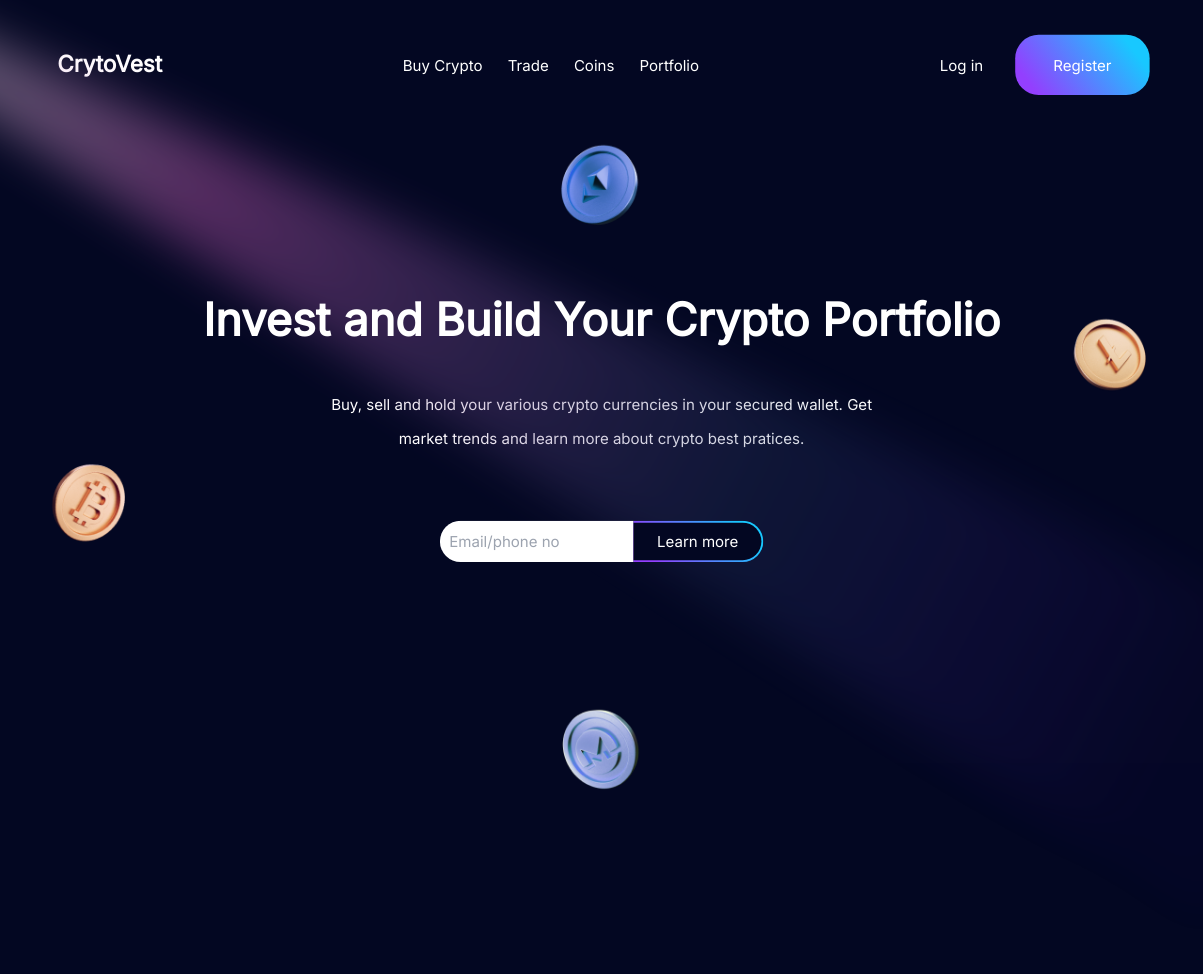
Repository: Eugene44-hub/cryptovest
Page: /
The author's editor kept a copy of each file at every save. The page is drawn from the files as they stood at one save, then again after the next save.
The browser window is 1280 px wide. The pictures show the whole page, at 94% of full size.
The project was rebuilt for these pictures with package versions that can differ from the ones it lists, and the page was loaded fresh each time. Also part of the build but not shown: vite.config.ts.

Above is the page before, as saved 2022-07-16 00:12:41.

### src/App.tsx
import Home from "./pages/home/Home"

function App() {

  return (
    <div className="App">
      <Home/>

    </div>
  )
}

export default App

### src/index.css
@import url('https://fonts.googleapis.com/css2?family=Inter&display=swap');
@tailwind base;
@tailwind components;
@tailwind utilities;
body {
    margin: 0;
    font-family: 'Inter', sans-serif;
    -webkit-font-smoothing: antialiased;
    -moz-osx-font-smoothing: grayscale;
    padding: 0;
    background-color: rgba(3, 7, 34, 1);
}

code {
    font-family: source-code-pro, Menlo, Monaco, Consolas, 'Courier New', monospace;
}

.container {
    max-width: 1440px;
    margin: 0 auto;
}

### src/pages/home/Home.tsx
import React from 'react'
import Hero from '../../components/hero/Hero'
import Nav from '../../components/nav/Nav'

const Home = () => {
  return (
    <div>
      <Nav/>
      <Hero/>
    </div>
  )
}

export default Home

### src/components/hero/Hero.tsx
import React from 'react'
import etherum from "../../assets/images/hero/EtheriumCoin.png"
import bitcoin from "../../assets/images/hero/Bitcoin.png"
import monero from "../../assets/images/hero/Monero.png"
import liteCoin from "../../assets/images/hero/LiteCoin.png"
import spotlight from "../../assets/images/hero/spotlight.svg"
import styles from "./Hero.module.scss"
const Hero = () => {
  return (
    <section className={`${styles.section}`}>
      <img src={spotlight} className="absolute xl:top-[-5%] top-[5%] left-0 w-full " alt="" />
      <article className={`${styles.container} container px-[24px]`}>

        <img src={etherum} className="m-auto w-[20%] md:w-auto mt-[10px]" alt="etherum" />

        <div className='mt-[17px] flex-wrap flex'>

          <div className=' w-full relative'>
          <header className={`${styles.header} text-white text-center`}>
            Invest and Build Your Crypto Portfolio
          </header>
          <figure className='flex w-full  justify-end md:absolute top-0'>
          <img src={liteCoin} className={"w-[20%] md:w-[auto] md:w-[10%]  "} alt="" />
          </figure>
          </div>

          <div className='w-full relative  m-auto md:order-2 md:mt-0 mt-[3px] '>
          <div className='flex md:w-[344px] sm:w-[60%] m-auto rounded-[25px] mt-[3px] overflow-hidden'>
            <input type="text" className='p-[10px] w-[60%]' placeholder='Email/phone no' />
            <div className={`${styles.btnContainer} flex-1 p-[2px]  pl-0`}>
              <button className={` w-full h-full  ${styles.inputBtn}`}>
                Learn more
              </button>
            </div>
          </div>
          <figure className='w-[20%] left-0 top-[-200%] md:absolute'>
            <img src={bitcoin} className="mt-[8px]" alt="bitcoin" />
          </figure>
          </div>



          <div className='text-center w-[90%] lg:mt-[36px] md:mt-[70px] md:mb-[67px] md:max-w-[626px] mt-[11px] mt-[] leading-[36px] m-auto'>
            <p className="text-white">
            Buy, sell and hold your various crypto currencies in your secured wallet. Get market trends and learn more about crypto best pratices.
            </p>
          </div>
        </div>
        <img src={monero} className="md:mt-[121px] mt-[17px] mb-[32px] md:w-auto w-[20%] m-auto" alt="monero" />
<div className='sm:hidden'>
  <button className={`${styles.btn} w-full`}>
    Register
  </button>
</div>
      </article>
    </section>
  )
}

export default Hero

### src/components/nav/Nav.tsx
import React from 'react'
import styles from "./Nav.module.scss"
const navItems = ["Buy Crypto", "Trade", "Coins", "Portfolio"]
import { AiOutlineMenu } from "react-icons/ai"

const Nav = () => {
  return (
    <nav className='pt-[37px]'>
      <div className='container  px-[24px] md:pl-[61px] md:pr-[57px] text-white'>
        <div className='flex justify-between items-center'>
          <span className={`font-[700] ${styles.banner}`}>
            CrytoVest
          </span>
          <div className='hidden lg:flex justify-between items-center flex-1'>
            <ul className='flex font-[500] m-auto lg:w-[50%] xl:w-[30%]  justify-between'>
              {navItems.map((item, index) => (<li key={index}>{item}</li>))}
            </ul>
            <div className='font-[500]'>
              <button className='mr-[34px]'>
                Log in
              </button>
              <button className={`${styles.btn} w-[143px]`}>
                Register
              </button>
            </div>
          </div>
          <AiOutlineMenu color="white" size={24} className="font-bold lg:hidden" />
        </div>


      </div>
    </nav>
  )
}

export default Nav

### src/components/hero/Hero.module.scss
@import "../../sass";
.section {
    // background-image: url(../../assets/images/hero/spotlight.svg);
    // background-repeat: no-repeat;
    // background-position-y: 10%;
    // background-size: 100% 100%;
    .container {
        .header {
            font-weight: 900;
            font-size: 48px;
            @include devices(1200px) {
                font-size: 30px;
            }
            @include devices(768px) {
                font-size: 24px;
            }
        }
        .btnContainer {
            background: $gradient1
        }
        .inputBtn {
            background: $bgColor;
            color: white;
            border-radius: 0px 25px 25px 0px;
        }
    }
    .btn {
        @include setBtn($gradient1)
    }
}

### src/components/nav/Nav.module.scss
@import "../../sass/index.scss";
.banner {
    font-size: rem(24);
}

.btn {
    @include setBtn($gradient1);
}

### src/sass/index.scss
@import "./config";

### src/sass/config/_index.scss
@import "variables";
@import "utilities";
@import "mixins&funcs";

### src/sass/config/_variables.scss
$gradient1:linear-gradient(231.7deg, #18C8FF 15.39%, #933FFE 87.39%);
$gradient: linear-gradient(180.01deg, rgba(245, 245, 245, 0.53) 0.39%, rgba(205, 96, 188, 0.5) 24.76%, rgba(56, 77, 130, 0.26) 63.89%, rgba(105, 30, 226, 0.03) 92.45%);
$bgColor:rgba(3, 7, 34, 1);
$purple1:rgba(185, 130, 255, 1);
$purple1:rgba(132, 112, 255, 1);
$grey1:rgba(255, 255, 255, 1);

### src/sass/config/_utilities.scss
/*
➡️ 0px -480px -  Smaller Smartphones

➡️ 481px -768px  - Tablets & larger smartphones

➡️ 769px -1279px  -  Laptops, larger tablets
in landscape, and small desktops

➡️ 1280px+ - Larger desktops and monitors
*/

%btn {
    border-radius: 25px;
    padding: 20px 0;
}

### src/sass/config/_mixins&funcs.scss
@use "sass:math";
@function rem($px, $default:16) {
    @return (math.div($px, $default)*1rem);
}

@mixin devices($device) {
    @media screen and (max-width: $device) {
        @content;
    }
}

@mixin setBtn($bgColor) {
    background: $bgColor;
    color: white;
    @extend %btn
}

Loaded but not shown: index.html (common file); src/main.tsx (common file); tailwind.config.js (common file)

After the next save:
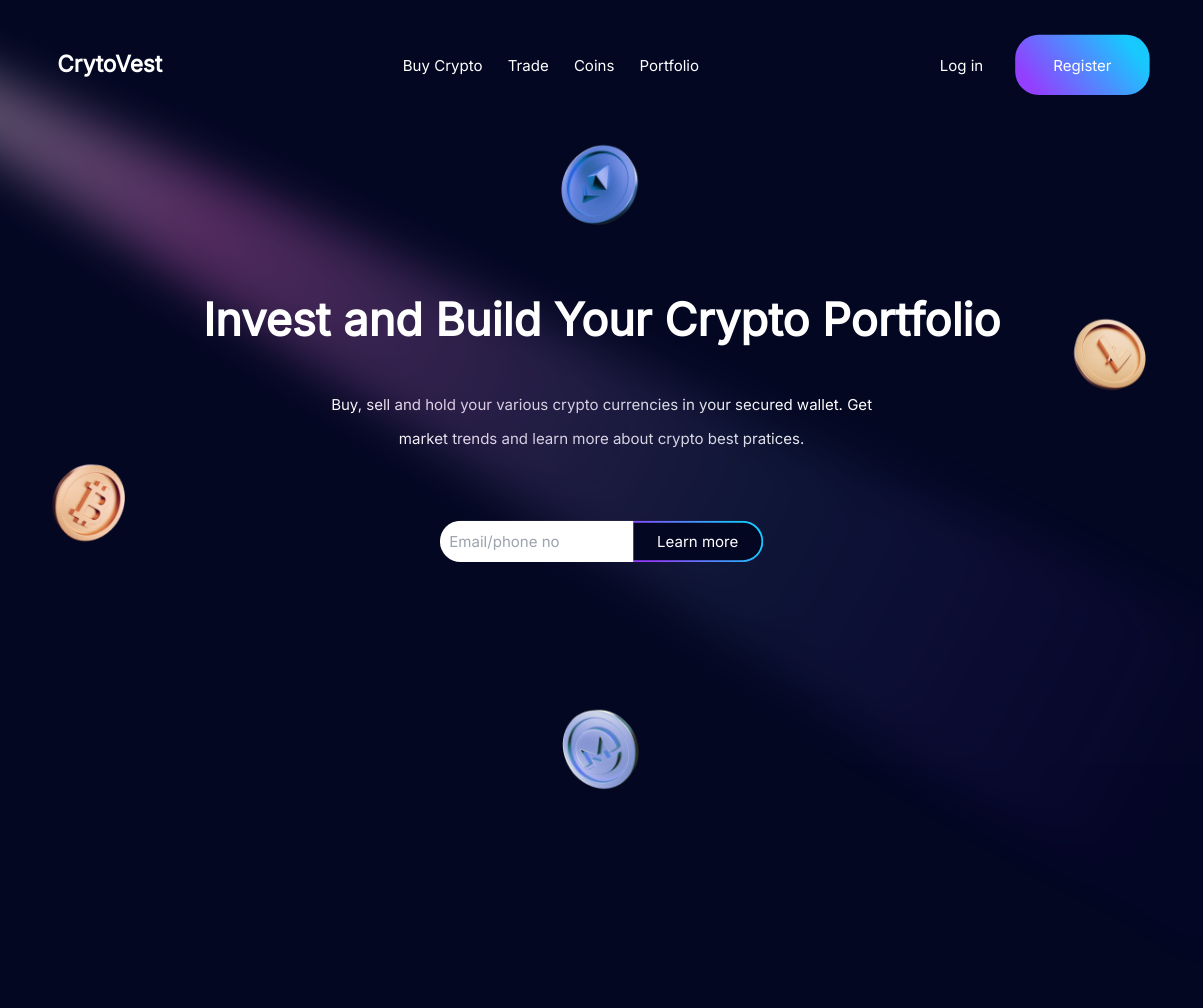
Saved 40 s later.
--- a/src/components/hero/Hero.tsx
+++ b/src/components/hero/Hero.tsx
@@ -8,7 +8,7 @@
 const Hero = () => {
   return (
     <section className={`${styles.section}`}>
-      <img src={spotlight} className="absolute xl:top-[-5%] top-[5%] left-0 w-full " alt="" />
+      <img src={spotlight} className="absolute xl:top-[0%] top-[5%] left-0 w-full " alt="" />
       <article className={`${styles.container} container px-[24px]`}>
 
         <img src={etherum} className="m-auto w-[20%] md:w-auto mt-[10px]" alt="etherum" />

After the save that followed:
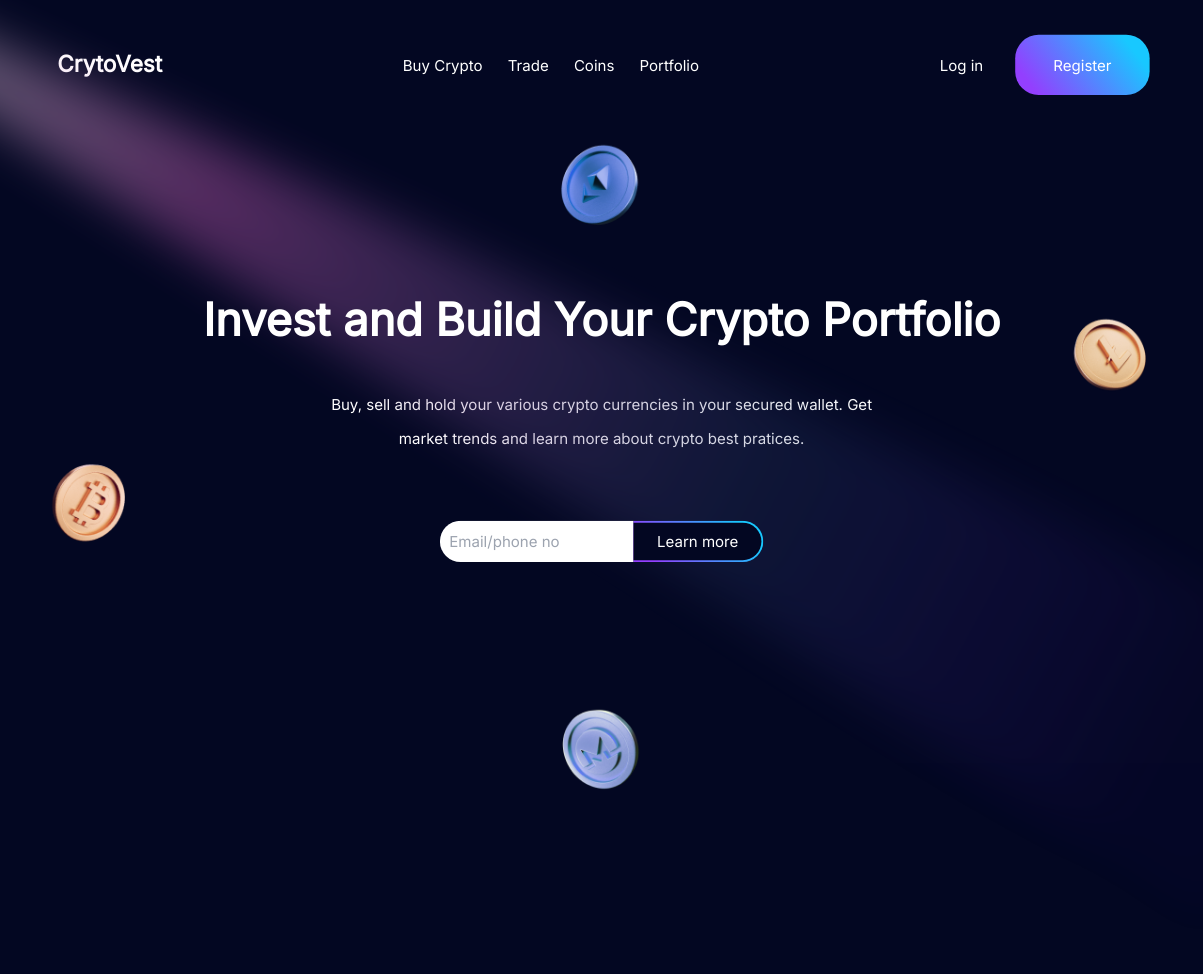
Saved 5 min 49 s later.
--- a/src/components/hero/Hero.tsx
+++ b/src/components/hero/Hero.tsx
@@ -8,7 +8,7 @@
 const Hero = () => {
   return (
     <section className={`${styles.section}`}>
-      <img src={spotlight} className="absolute xl:top-[0%] top-[5%] left-0 w-full " alt="" />
+      <img src={spotlight} className="absolute xl:top-[-5%] top-[5%] left-0 w-full " alt="" />
       <article className={`${styles.container} container px-[24px]`}>
 
         <img src={etherum} className="m-auto w-[20%] md:w-auto mt-[10px]" alt="etherum" />
